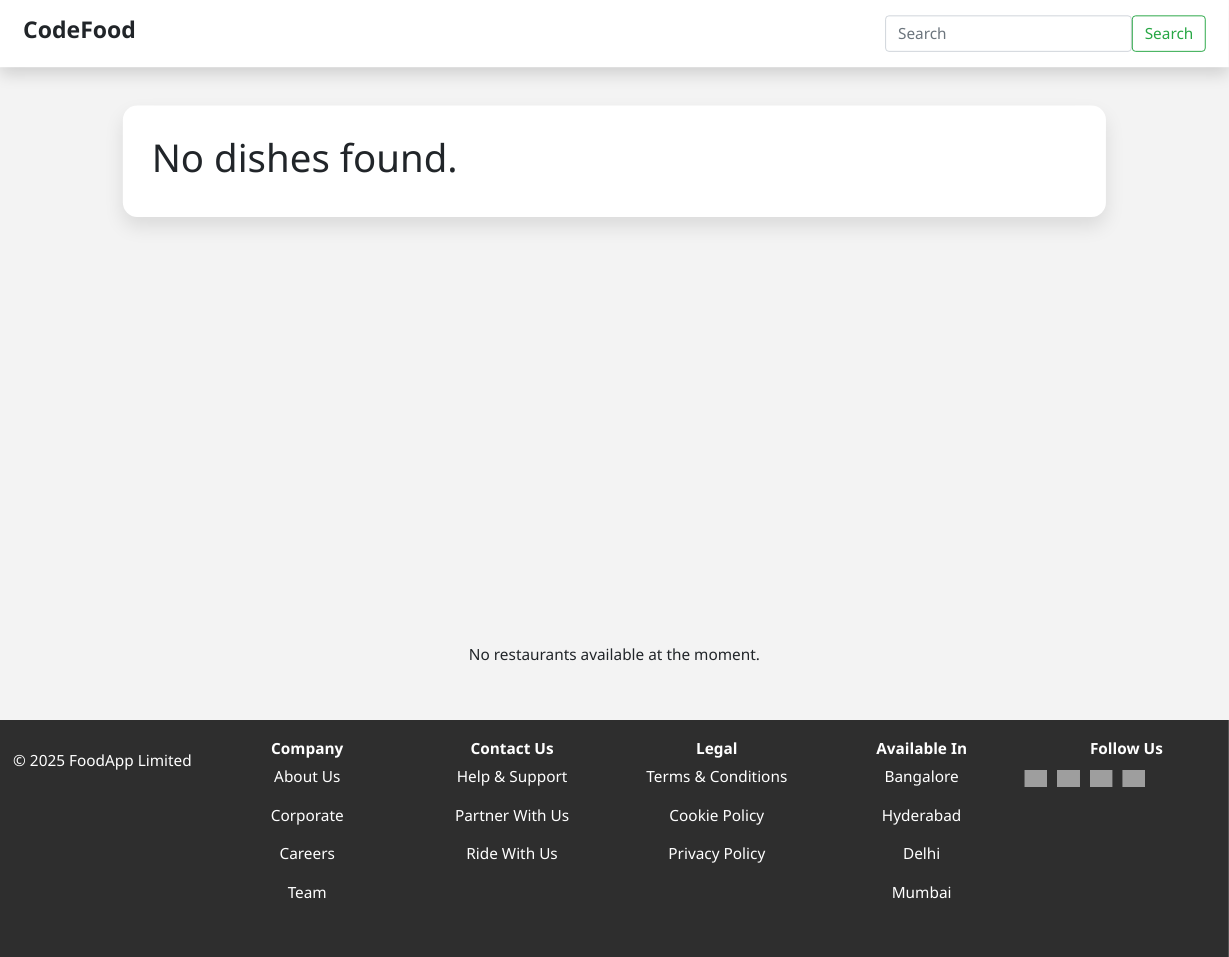
Repository: Rupeswarbhainsa777/Food-Web-App
Page: http://localhost/TapFoodApp/resturent.jsp
These files come from the project's save history. The page is drawn as it stood at one moment and after the next save; the edit follows.
The browser window is 1280 px wide. The pictures show the whole page, at 96% of full size.
Pictures or frames that could not be fetched are drawn as grey boxes. The page is served by Tomcat 10. Nobody is signed in. The application's start-up code is not run. Other server files are loaded and not shown. Queries for data that is not in the repository find no rows.

Above is the page before, as saved 2025-05-03 15:07:22.

### TapFoodApp/src/main/webapp/resturent.jsp
<%@ page import="java.util.List"%>
<%@ page import="com.tap.modeal.Restaurant"%>
<%@ page import="com.tap.modeal.User"%>
<%@ page import="com.tap.modeal.Dish"%>
<%@ page import="com.tap.Dao.Dishdao"%>
<%@ page import="com.tap.DaoImple.DishDAOImp"%>
<%@ page contentType="text/html;charset=UTF-8" language="java"%>
<%
User user = (User) session.getAttribute("user1");

List<Restaurant> restaurants = (List<Restaurant>) session.getAttribute("restaurant");
DishDAOImp dishDAO = new DishDAOImp();
List<Dish> menuList = dishDAO.getAllDishes();
%>
<!DOCTYPE html>
<html lang="en">
<head>
    <meta charset="UTF-8">
    <title>Tap Food - Restaurants</title>
    <link rel="stylesheet" href="https://stackpath.bootstrapcdn.com/bootstrap/4.5.2/css/bootstrap.min.css">
    <link rel="stylesheet" href="https://cdn.jsdelivr.net/npm/bootstrap-icons@1.5.0/font/bootstrap-icons.css">
    <link rel="stylesheet" href="https://unpkg.com/swiper/swiper-bundle.min.css" />
    <style>
        body {
            font-family: 'Segoe UI', sans-serif;
            background: #f3f3f3;
            margin: 0;
            padding: 0;
        }

        .navbar {
            background-color: #fc8019;
        }

        .navbar-brand, .nav-link {
            color: white;
        }

        .hero-text, .hero-image {
            flex: 1;
            transition: transform 0.5s ease, opacity 0.5s ease;
        }

        .footer {
            background-color: #2e2e2e;
            color: white;
            padding: 20px 0;
            margin-top: 40px;
            text-align: center;
        }

        .submit-button {
            background-color: #000000;
            border: none;
            color: white;
            padding: 10px 20px;
            margin-top: 10px;
            cursor: pointer;
            border-radius: 5px;
        }

        .submit-button:hover {
            background-color: #e57012;
        }

        .swiper {
            width: 100%;
            padding: 40px 0;
            height:80vh:
        }

        .swiper-slide {
            display: flex;
            justify-content: center;
        }

        .card1 {
            display: flex;
            flex-direction: row;
            background: white;
            border-radius: 15px;
            box-shadow: 0 10px 20px rgba(0,0,0,0.1);
            padding: 30px;
            width: 80%;
            max-width: 8800px;
             max-heigth: 8800px;
             height:70%;
            align-items: center;
            justify-content: space-between;
            gap: 30px;

        }

        .text1 {
            flex: 1;
        }

        .text1 h3 {
            color: green;
            font-size: 18px;
            margin: 0;
        }

        .text1 h1 {
            font-size: 28px;
            margin: 10px 0;
            color: #14213d;
        }

        .text1 p {
            font-size: 16px;
            color: #555;
            margin-bottom: 20px;
        }

        .text1 button {
            padding: 10px 25px;
            background: #14213d;
            color: white;
            border: none;
            border-radius: 25px;
            cursor: pointer;
            transition: background 0.3s ease;
        }

        .text1 button:hover {
            background: #1a1a2e;
        }

        .image1 img {
            width: 200px;
            height: 200px;
            border-radius: 12px;
            object-fit: cover;
        }

        .card {
            border-radius: 12px;
            transition: all 0.3s ease-in-out;
            box-shadow: 0 2px 6px rgba(0, 0, 0, 0.1);
            border: none;

        }

        .card:hover {
            transform: translateY(-5px);
            box-shadow: 0 10px 25px rgba(255, 77, 77, 0.25),
                        0 0 0 3px rgba(255, 77, 77, 0.1);
        }

        .card img {
            height: 200px;
            object-fit: cover;
            border-top-left-radius: 12px;
            border-top-right-radius: 12px;
        }
    </style>
</head>
<body>

<header class="d-flex justify-content-between align-items-center px-4 py-3 shadow bg-white">
    <div class="h4 text-black font-weight-bold">CodeFood</div>
    <form class="d-flex" role="search">
        <input class="form-control me-2" type="search" placeholder="Search" aria-label="Search">
        <button class="btn btn-outline-success" type="submit">Search</button>
    </form>
</header>

<!-- Swiper Carousel for Dishes -->
<section  style="height:80vh;">
<div class="swiper mySwiper">
    <div class="swiper-wrapper">
        <% if (menuList != null && !menuList.isEmpty()) {
            for (Dish dish : menuList) { %>
        <div class="swiper-slide">
            <div class="card1">
                <div class="text1">
                    <h3>Special Dish</h3>
                    <h1><%= dish.getName() %></h1>
                    <p><%= dish.getDescription() %></p>
                    <button>Order Now</button>
                </div>
                <div class="image1">
                    <img src="<%= dish.getImagePath() %>" alt="Dish Image" onerror="this.src='default-dish.jpg';">
                </div>
            </div>
        </div>
        <% } } else { %>
        <div class="swiper-slide">
            <div class="card1">
                <h1>No dishes found.</h1>
            </div>
        </div>
        <% } %>
    </div>
    <div class="swiper-pagination"></div>
</div>
</section>

<!-- Restaurant Cards -->
<div class="container mt-4">
    <div class="row">
        <% if (restaurants != null && !restaurants.isEmpty()) {
            for (Restaurant res : restaurants) { %>
        <div class="col-md-4 mb-4">
            <div class="card">
                <img src="<%= res.getImagepath() %>" class="card-img-top" alt="Restaurant Image">
                <div class="card-body">
                    <h5 class="card-title font-weight-bold"><%= res.getName() %></h5>
                    <div class="d-flex justify-content-between mb-2">
                        <div><i class="bi bi-star-fill text-warning"></i> <%= res.getRating() %></div>
                        <div><i class="bi bi-clock"></i> <%= res.getEta() %></div>
                    </div>
                    <p class="mb-1"><%= res.getCuisineType() %></p>
                    <p class="text-muted"><%= res.getAddress() %></p>
                    <div class="text-center">
                        <a href="Menu?restaurantId=<%= res.getRestaurantId() %>">
                            <input type="submit" value="View Menu" class="submit-button">
                        </a>
                    </div>
                </div>
            </div>
        </div>
        <% } } else { %>
        <div class="col-12">
            <p class="text-center">No restaurants available at the moment.</p>
        </div>
        <% } %>
    </div>
</div>

<!-- Footer -->
<footer class="footer">
    <div style="display: flex; justify-content: space-between; flex-wrap: wrap;">
        <div style="flex: 1 1 180px; margin-bottom: 20px;">
            <p style="margin-top: 10px;">© 2025 FoodApp Limited</p>
        </div>
        <div style="flex: 1 1 180px; margin-bottom: 20px;">
            <h6 style="font-weight: bold;">Company</h6>
            <p>About Us</p><p>Corporate</p><p>Careers</p><p>Team</p>
        </div>
        <div style="flex: 1 1 180px; margin-bottom: 20px;">
            <h6 style="font-weight: bold;">Contact Us</h6>
            <p>Help & Support</p><p>Partner With Us</p><p>Ride With Us</p>
        </div>
        <div style="flex: 1 1 180px; margin-bottom: 20px;">
            <h6 style="font-weight: bold;">Legal</h6>
            <p>Terms & Conditions</p><p>Cookie Policy</p><p>Privacy Policy</p>
        </div>
        <div style="flex: 1 1 180px; margin-bottom: 20px;">
            <h6 style="font-weight: bold;">Available In</h6>
            <p>Bangalore</p><p>Hyderabad</p><p>Delhi</p><p>Mumbai</p>
        </div>
        <div style="flex: 1 1 180px; margin-bottom: 20px;">
            <h6 style="font-weight: bold;">Follow Us</h6>
            <div style="display: flex; gap: 10px;">
                <a href="#"><img src="https://cdn-icons-png.flaticon.com/512/145/145807.png" width="24" alt="LinkedIn"></a>
                <a href="#"><img src="https://cdn-icons-png.flaticon.com/512/145/145802.png" width="24" alt="Instagram"></a>
                <a href="#"><img src="https://cdn-icons-png.flaticon.com/512/145/145805.png" width="24" alt="Facebook"></a>
                <a href="#"><img src="https://cdn-icons-png.flaticon.com/512/145/145812.png" width="24" alt="Twitter"></a>
            </div>
        </div>
    </div>
</footer>

<!-- Swiper JS -->
<script src="https://unpkg.com/swiper/swiper-bundle.min.js"></script>
<script>
    var swiper = new Swiper(".mySwiper", {
        slidesPerView: 1,
        spaceBetween: 30,
        loop: true,
        pagination: {
            el: ".swiper-pagination",
            clickable: true,
        },
        autoplay: {
            delay: 3000,
            disableOnInteraction: false,
        },
    });
</script>
</body>
</html>

### TapFoodApp/src/main/java/com/tap/Dao/Dishdao.java
package com.tap.Dao;
import java.util.*;

import com.tap.modeal.Dish;

public interface Dishdao
{
	Dish getSpecialDish();
   List<Dish> getAllDishes();
}

### TapFoodApp/src/main/java/com/tap/DaoImple/DishDAOImp.java
package com.tap.DaoImple;

import java.sql.Connection;
import java.sql.DriverManager;
import java.sql.PreparedStatement;
import java.sql.ResultSet;
import java.sql.SQLException;
import java.sql.Statement;
import java.util.ArrayList;
import java.util.List;

import com.tap.Dao.Dishdao;
import com.tap.modeal.Dish;
import com.tap.modeal.Restaurant;

public class DishDAOImp implements Dishdao {

	private final String url = "jdbc:mysql://localhost:3306/foodapp";
	private final String username = "root";
	private final String password = "@sumit222";
	private final String sql = "SELECT * FROM `dish` WHERE `id` = 1";
	private final String selectAll = "SELECT * FROM `dish`";
    String insertQuery = "INSERT INTO `dish` (`name`, `description`, `imagepath`) VALUES (?, ?, ?)";


	PreparedStatement ps = null;
	ResultSet rs = null;
	Connection con = null;

	public DishDAOImp() {
		try {
			Class.forName("com.mysql.cj.jdbc.Driver");

			con = DriverManager.getConnection(url, username, password);
		} catch (Exception e) {
			// TODO Auto-generated catch block
			e.printStackTrace();
		}

	}

	@Override
	public List<Dish> getAllDishes() {
	    List<Dish> list = new ArrayList<>();


	    try (Statement stmt = con.createStatement();
	         ResultSet rs = stmt.executeQuery(selectAll)) {

	        while (rs.next()) {
	            Dish dish = mapAllDish(rs);
	            if (dish != null) {
	                list.add(dish);
	            }
	        }
	    } catch (SQLException e) {
	        e.printStackTrace();
	    }

	    return list;
	}


	private Dish mapAllDish(ResultSet re) {
	    try {

	        String name = re.getString("name");
	        String des = re.getString("description");
	        String imagePath = re.getString("imagepath");



	        return new Dish(name, des, imagePath);
	    } catch (SQLException e) {
	        e.printStackTrace();
	        return null; // Optional: return null to indicate failure
	    }
	}


	@Override
	public Dish getSpecialDish() {
		Dish dish = null;

		try {
			ps = con.prepareStatement(sql);
			rs = ps.executeQuery();

			if (rs.next()) {
				dish = new Dish();
				dish.setId(rs.getInt("id"));
				dish.setName(rs.getString("name"));
				dish.setDescription(rs.getString("description"));
				dish.setImagePath(rs.getString("imagepath"));

			}

		} catch (Exception e) {

		}

		return dish;
	}
	public boolean addDish(Dish dish) {

	    try (
	    PreparedStatement ps = con.prepareStatement(insertQuery)) {
	        ps.setString(1, dish.getName());
	        ps.setString(2, dish.getDescription());
	        ps.setString(3, dish.getImagePath());


	        int rows = ps.executeUpdate();
	        return rows > 0;
	    } catch (SQLException e) {
	        e.printStackTrace();
	        return false;
	    }
	}

}

After the next save:
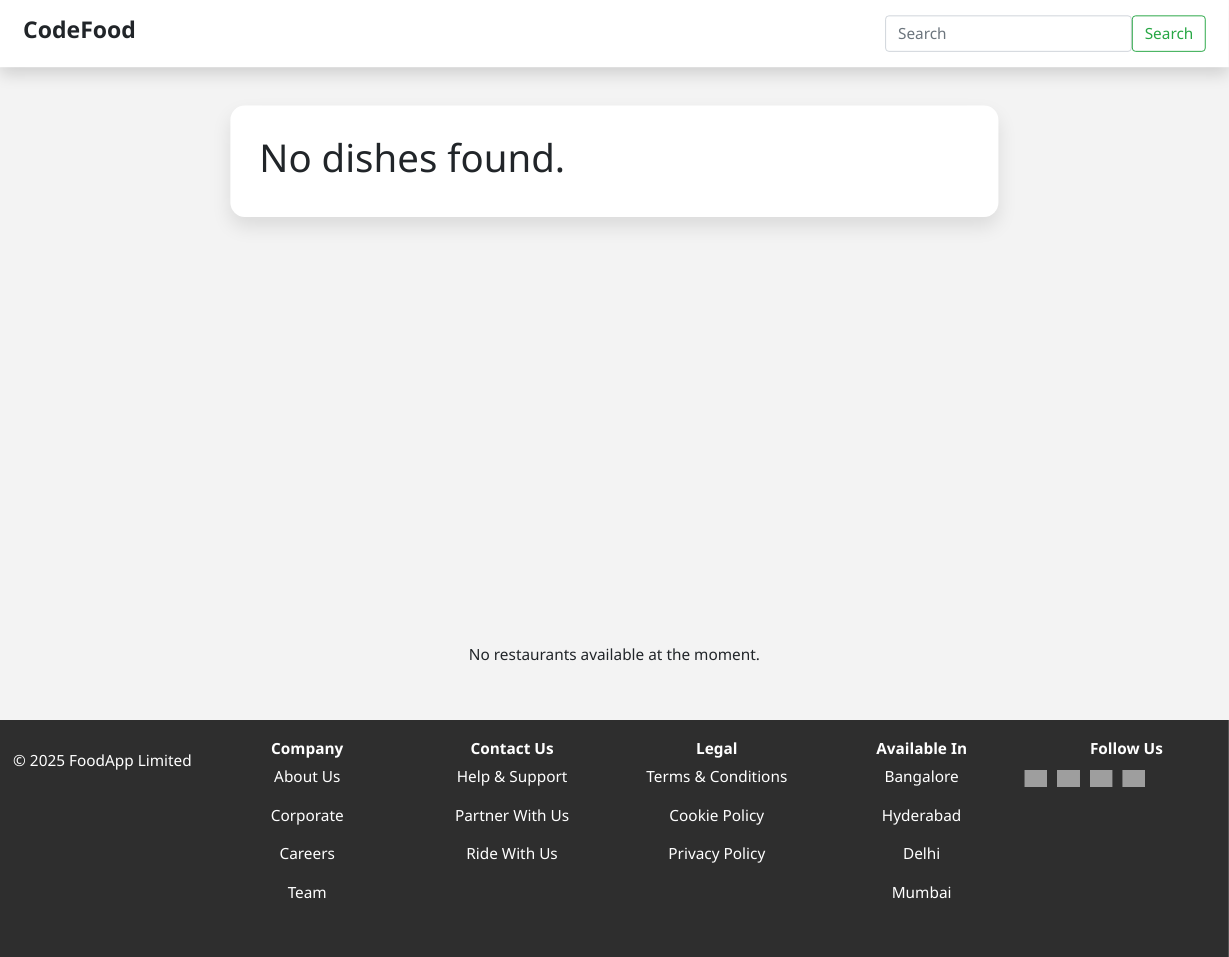
Saved 21 s later.
--- a/TapFoodApp/src/main/webapp/resturent.jsp
+++ b/TapFoodApp/src/main/webapp/resturent.jsp
@@ -82,9 +82,8 @@
             box-shadow: 0 10px 20px rgba(0,0,0,0.1);
             padding: 30px;
             width: 80%;
-            max-width: 8800px;
-             max-heigth: 8800px;
-             height:70%;
+            max-width: 800px;
+
             align-items: center;
             justify-content: space-between;
             gap: 30px;

After the save that followed:
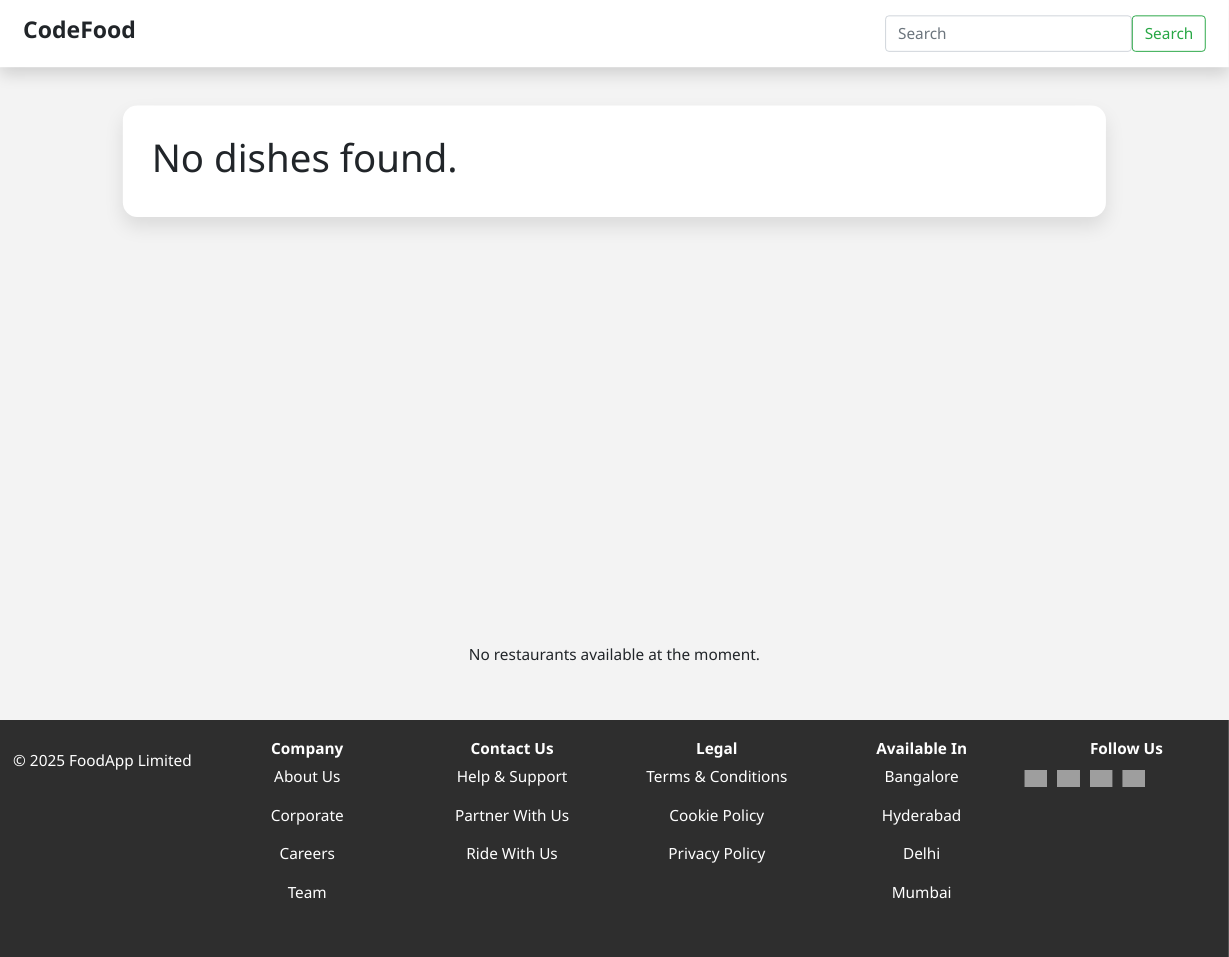
Saved 20 s later.
--- a/TapFoodApp/src/main/webapp/resturent.jsp
+++ b/TapFoodApp/src/main/webapp/resturent.jsp
@@ -82,7 +82,7 @@
             box-shadow: 0 10px 20px rgba(0,0,0,0.1);
             padding: 30px;
             width: 80%;
-            max-width: 800px;
+            max-width: 8800px;
 
             align-items: center;
             justify-content: space-between;
